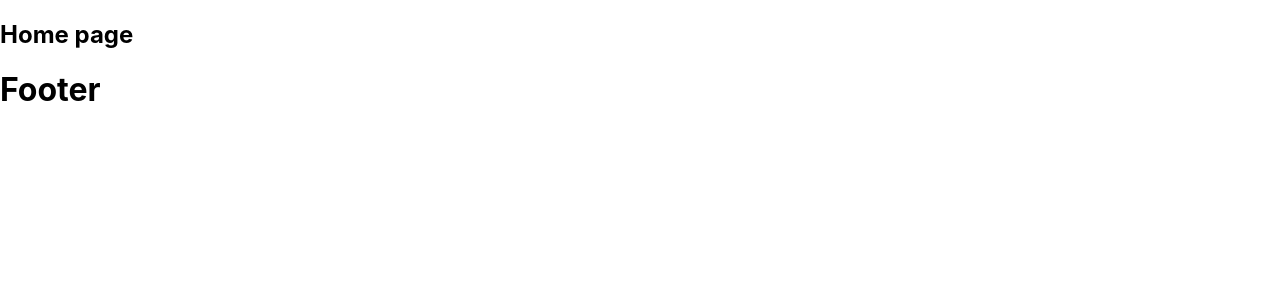
Repository: BinhIT/workflow
Page: /
These files come from the project's save history. The page is drawn as it stood at one moment and after the next save; the edit follows.
The browser window is 1280 px wide. The pictures show the whole page.
The project was rebuilt for these pictures with package versions that can differ from the ones it lists, and the page was loaded fresh each time. Also part of the build but not shown: src/components/Layout/Applayout/index.js, src/page/About/index.js, src/page/Dashboard/index.js.

Above is the page before, as saved 2023-03-05 01:29:18.

### src/App.js
import { BrowserRouter as Router, Routes, Route } from "react-router-dom";
import { Fragment } from "react";
import { Defautlayout } from "~/components/Layout";
import { publicRoutes } from "~/routes";
function App() {
  return (
    <Router>
      <div className="App">
        <header className="App-header">
        </header>
        <Routes>
          {publicRoutes.map((route, index) => {
            const Page = route.component;
            let Layout = Defautlayout
            if (route.layout) {
              Layout = route.layout
            } else if (route.layout === null) {
              Layout = Fragment
            }
            return <Route key={index} path={route.path} element={
              <Layout>< Page /> </Layout>
            } />;
          })}
        </Routes>
      </div>
    </Router>
  );
}

export default App;

### src/components/Layout/index.js
export { default as Defautlayout } from './Defautlayout'
export { default as Applayout } from './Applayout'

### src/routes/index.js
import Home from "~/page/Home";
import About from "~/page/About"
import Dashboard from "~/page/Dashboard";
//Layout
import { Applayout } from "~/components/Layout";
const publicRoutes = [
    { path: '/', component: Home },
    { path: '/about', component: About },
    { path: '/dashboard', component: Dashboard, layout: Applayout },
]
const privateRoutes = [

]
export { publicRoutes, privateRoutes, Dashboard }

### src/components/Layout/Defautlayout/index.js
import Header from "../component/Header";
import Footer from "../component/Footer";
function Defautllayout({ children }) {
    return (
        <div>

            <div className="wraper">
                <Header />
                <div className="content">{children}
                </div>
                <Footer />
            </div>

        </div>
    )
}

export default Defautllayout;

### src/page/Home/index.js
function Home() {
    return <h2>Home page</h2>
}
export default Home;

### src/components/Layout/component/Header/index.js
import styles from './Header.module.scss';
import classNames from 'classnames/bind';
const cx = classNames.bind(styles)
function Header() {
    return (
        <header className={cx('wrapper')}>
            <div className={cx('wrapper')}></div>
        </header>
    )
}
export default Header;

### src/components/Layout/component/Footer/index.js
function Footer() {
    return <h1>Footer </h1>;
}
export default Footer;

### src/components/Layout/component/Header/Header.module.scss
.wrapper {
    background-color: #eff0f3;
    cursor: default;
    position: fixed;
    top: 0px;
    transition: background-color 0.5s ease 0s, box-shadow 0.5s ease 0s;
    width: 100vw;
    z-index: 100;
}
.caTbTe {
    -webkit-box-align: stretch;
    align-items: stretch;
    display: flex;
    height: 60px;
    margin: 0px auto;
    max-width: 1320px;
}

Loaded but not shown: public/index.html (common file); src/index.js (common file); src/index.css (common file); src/reportWebVitals.js (common file)

After the next save:
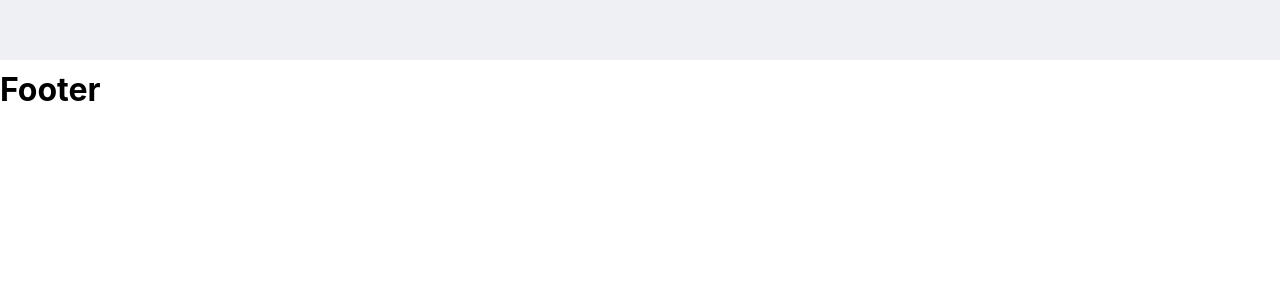
Saved 36 s later.
--- a/src/components/Layout/component/Header/index.js
+++ b/src/components/Layout/component/Header/index.js
@@ -4,7 +4,7 @@ const cx = classNames.bind(styles)
 function Header() {
     return (
         <header className={cx('wrapper')}>
-            <div className={cx('wrapper')}></div>
+            <div className={cx('caTbTe')}></div>
         </header>
     )
 }
